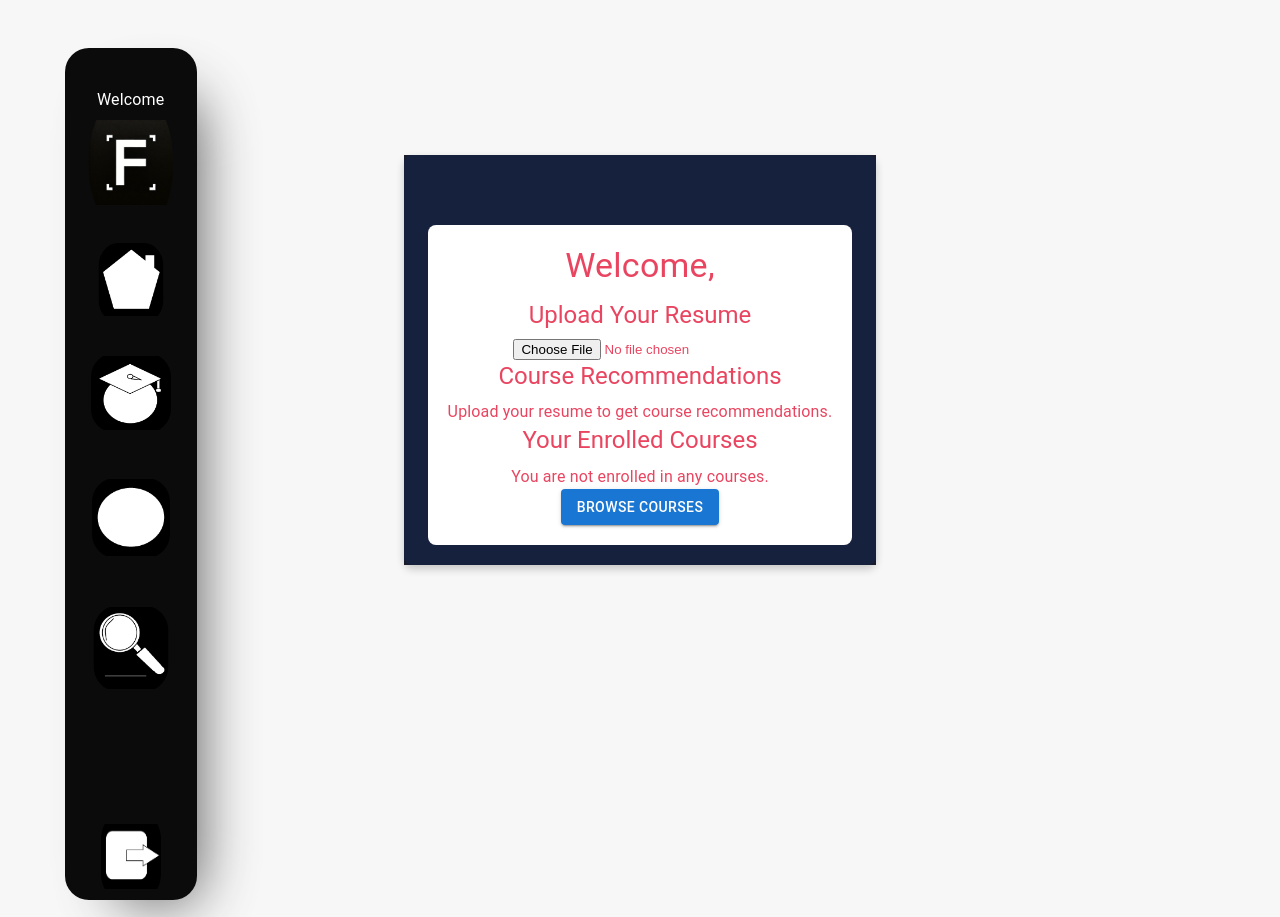
Repository: jvt2/OnlineCourseApp
Page: /dashboard
The author's editor kept a copy of each file at every save. The page is drawn from the files as they stood at one save, then again after the next save.
The browser window is 1280 px wide. The pictures show the whole page.
The page's requests for data from a server got no answer. The project was rebuilt for these pictures with package versions that can differ from the ones it lists, and the page was loaded fresh each time. No one was signed in, and anything a server would have sent is missing. Also part of the build but not shown: src/features/auth/Register.js, src/features/auth/Login.js, src/features/courses/ResumeUpload.js, src/features/courses/CourseRecommendations.js, src/components/common/MyModal.js, src/features/courses/CourseCatalog.js, src/features/courses/CourseDetail.js, src/components/common/Navbar.js and 3 more. Imported but missing from the stored project, and not drawn on this page: src/app/reportWebVitals.

Above is the page before, as saved 2024-07-15 11:40:32.

### src/index.js
import React from 'react';
import ReactDOM from 'react-dom/client';
import { Provider } from 'react-redux';
import store from './redux/store';
import './index.css';
import App from './app/App';
import reportWebVitals from './app/reportWebVitals';

const root = ReactDOM.createRoot(document.getElementById('root'));
root.render(
  <React.StrictMode>
    <App />
  </React.StrictMode>
);

// If you want to start measuring performance in your app, pass a function
// to log results (for example: reportWebVitals(console.log))
// or send to an analytics endpoint. Learn more: https://bit.ly/CRA-vitals
reportWebVitals();

### src/redux/store.js
// src/redux/store.js

import { configureStore } from '@reduxjs/toolkit';
import userReducer from './userReducer';

const store = configureStore({
  reducer: {
    user: userReducer,
  },
});

export default store;

### src/app/App.js
import { BrowserRouter as Router, Route, Routes } from 'react-router-dom';
import React, { useState } from 'react';
import logo from '../logo.svg';
import './App.css';
import Register from '../features/auth/Register';
import Login from '../features/auth/Login';
import CourseCatalog from '../features/courses/CourseCatalog';
import CourseDetail from '../features/courses/CourseDetail';
import UserDashboard from '../features/dashboard/Dashboard';
import Navbar from '../components/common/Navbar';
import { Provider } from 'react-redux';
import store from '../redux/store'; // import your Redux store here
import Logout from '../features/auth/Logout'; // Import the Logout component
import Chatbot from '../features/chatbot/Chatbot';
import CourseRecommendations from '../features/courses/CourseRecommendations';
import axios from 'axios';
import ResumeUpload from '../features/courses/ResumeUpload';
import LandingPage from '../components/common/LandingPage';

function App() {
  const [loggedIn, setLoggedIn] = useState(false);
  const [users, setUsers] = useState([]);
  const [currentUser, setCurrentUser] = useState(null);
  const [recommendations, setRecommendations] = useState([]);

  const handleResumeUpload = (newRecommendations) => {
    console.log('New Recommendations:', newRecommendations);
    setRecommendations(newRecommendations);
  };

  const [courses, setCourses] = useState([
    {id: 1, name: 'Course 1', description: 'This is course 1'},
    {id: 2, name: 'Course 2', description: 'This is course 2'}
  ]);

  const handleRegister = async (username, password) => {
    try {
      const response = await axios.post('http://localhost:3001/register', { username, password });
      alert(response.data.message);
      // Log in the new user if registration is successful
      handleLogin(username, password);
    } catch (error) {
      alert(error.response.data.message);
    }
  };

  const handleLogin = async (username, password) => {
    try {
      const response = await axios.post('http://localhost:3001/login', { username, password });
      localStorage.setItem('token', response.data.token);
      setLoggedIn(true);
      setCurrentUser({ username });
    } catch (error) {
      alert('Login failed. Please check your username and password.');
    }
  };

  const handleEnroll = async (course) => {
    try {
      const token = localStorage.getItem('token');
      await axios.post('http://localhost:3001/enroll', { courseId: course.id }, {
        headers: { 'Authorization': `Bearer ${token}` }
      });
      setEnrolledCourses([...enrolledCourses, course]);
    } catch (error) {
      console.error('Enrollment failed', error);
    }
  };

  const [enrolledCourses, setEnrolledCourses] = useState([]);
  const [isModalOpen, setIsModalOpen] = useState(false);

  const handleSelectRecommendation = (recommendation) => {
    const newCourse = {
      id: courses.length + 1,
      name: recommendation.text,
      description: 'This is a recommended course based on your resume.'
    };

    setCourses([...courses, newCourse]);
    setEnrolledCourses([...enrolledCourses, newCourse]);
    setIsModalOpen(false);
  };

  return (
    <Provider store={store}>
      <Router>
        <div className="App">
          <Routes>
            <Route path="/" element={<LandingPage />} />
            <Route path="/register" element={<Register />} />
            <Route path="/login" element={<Login />} />
            <Route path="/dashboard" element={<UserDashboard />} /> {/* Added this line */}
          </Routes>
        </div>
      </Router>
    </Provider>
  );
}

export default App;

### src/redux/userReducer.js
// src/redux/userReducer.js
// src/redux/userReducer.js
import { createSlice } from '@reduxjs/toolkit';

const initialState = {
  id: null,
  email: null,
  token: null,
};

const userSlice = createSlice({
  name: 'user',
  initialState,
  reducers: {
    logIn(state, action) {
      state.id = action.payload.id;
      state.email = action.payload.email;
      state.token = action.payload.token;
    },
    logOut(state) {
      state.id = null;
      state.email = null;
      state.token = null;
    },
  },
});

export const { logIn, logOut } = userSlice.actions;
export default userSlice.reducer;

### src/app/App.css
/* App.css */
:root {
  --primary-bg-color: #1E1E2F;
  --secondary-bg-color: #282840;
  --primary-text-color: #F5F5F5;
  --link-color: #61dafb;
  --accent-color: #FF6B6B;
  --navbar-height: 4rem;
  --content-padding: 20px;
  --border-radius: 8px;
  --transition-duration: 0.3s;
  --gradient-bg-color: linear-gradient(120deg, #84fab0 0%, #8fd3f4 100%);
}

.App {
  text-align: center;
  font-family: 'Arial', sans-serif;
  background-color: var(--primary-bg-color);
}

.App-logo {
  height: 40vmin;
  pointer-events: none;
  filter: drop-shadow(0 0 10px var(--accent-color));
}

.App-header {
  background-color: var(--secondary-bg-color);
  min-height: 100vh;
  display: flex;
  flex-direction: column;
  align-items: center;
  justify-content: center;
  font-size: calc(10px + 2vmin);
  color: var(--primary-text-color);
  border-bottom-left-radius: var(--border-radius);
  border-bottom-right-radius: var(--border-radius);
}

.App-link {
  color: var(--link-color);
  transition: color var(--transition-duration);
}

.App-link:hover {
  color: var(--accent-color);
}

@media (prefers-reduced-motion: no-preference) {
  .App-logo {
    animation: App-logo-spin infinite 20s linear;
  }
}

@keyframes App-logo-spin {
  from {
    transform: rotate(0deg);
  }
  to {
    transform: rotate(360deg);
  }
}

.site-navbar {
  display: flex;
  align-items: center;
  background: var(--gradient-bg-color);
  padding: 10px 20px;
  height: var(--navbar-height);
  font-weight: 500;
  box-shadow: 0 4px 6px rgba(0, 0, 0, 0.1);
}

.navbar-nav {
  display: flex;
  align-items: center;
  list-style: none;
  margin: 0;
  padding: 0;
  flex-grow: 1;
  justify-content: center;
}

.nav-item {
  display: flex;
  align-items: center;
  justify-content: center;
  text-decoration: none;
  color: var(--primary-text-color);
  padding: 15px 25px;
  transition: all 0.3s ease-in-out;
  border-radius: var(--border-radius);
  position: relative;
}

.nav-item:before {
  content: '';
  position: absolute;
  top: 0;
  left: 0;
  width: 0;
  height: 100%;
  background: var(--accent-color);
  border-radius: var(--border-radius);
  transition: width 0.3s ease-in-out;
  z-index: -1;
}

.nav-item:hover:before {
  width: 100%;
}

.nav-item:hover {
  color: var(--secondary-bg-color);
  box-shadow: 0 4px 8px rgba(0, 0, 0, 0.2);
  text-decoration: none;
}

.navbar-brand {
  margin-right: auto;
  color: var(--primary-text-color);
  font-size: 1.5em;
  font-weight: bold;
}

.App-content {
  padding: var(--content-padding);
  color: var(--primary-text-color);
}

.App-footer {
  text-align: center;
  padding: var(--content-padding);
  background-color: var(--secondary-bg-color);
  color: var(--primary-text-color);
  box-shadow: 0 -4px 6px rgba(0, 0, 0, 0.1);
}

.course-recommendations {
  width: 80%;
  margin: auto;
  background: #f9f9f9;
  padding: 20px;
  border-radius: 5px;
  box-shadow: 0px 0px 10px rgba(0, 0, 0, 0.1);
}

.course-recommendations h2 {
  text-align: center;
  color: #333;
}

.course-recommendations .course {
  padding: 10px 0;
  border-bottom: 1px solid #eee;
}

.course-recommendations .course:last-child {
  border-bottom: none;
}

.course-recommendations .course button {
  margin-left: 10px;
}

body {
  background-color: #1a1a2e;
  color: #e94560;
}

.MuiContainer-root {
  background-color: #16213e;
  border-radius: 8px;
  padding: 20px;
  box-shadow: 0 4px 8px rgba(0, 0, 0, 0.2);
}

.customTextField .MuiInputBase-input {
  color: #fff;
  background-color: rgba(255, 255, 255, 0.1);
}

.customTextField .MuiInputLabel-root {
  color: rgba(255, 255, 255, 0.7);
}

.customTextField .MuiInputLabel-root.Mui-focused {
  color: #fff;
}

.customTextField .MuiOutlinedInput-root {
  &.Mui-focused .MuiOutlinedInput-notchedOutline {
    border-color: #fff;
  }
  & .MuiOutlinedInput-notchedOutline {
    border-color: rgba(255, 255, 255, 0.5);
  }
}

### src/features/dashboard/Dashboard.js
// src/features/dashboard/Dashboard.js
import React, { useEffect, useState } from 'react';
import axios from 'axios';
import { useSelector } from 'react-redux';
import { Container, Typography, Button, Box, List, ListItem, ListItemText } from '@mui/material';
import { useNavigate } from 'react-router-dom';
import './Dashboard.css'; // Correct import for CSS

function Dashboard() {
  const [enrolledCourses, setEnrolledCourses] = useState([]);
  const [recommendations, setRecommendations] = useState([]);
  const token = useSelector(state => state.user.token);
  const userId = useSelector(state => state.user.id);
  const userEmail = useSelector(state => state.user.email);
  const navigate = useNavigate();

  useEffect(() => {
    const fetchEnrolledCourses = async () => {
      try {
        const response = await axios.get(`http://localhost:3001/user/${userId}/courses`, {
          headers: { Authorization: `Bearer ${token}` }
        });
        setEnrolledCourses(response.data);
      } catch (error) {
        console.error('Error fetching enrolled courses:', error);
      }
    };

    const fetchRecommendations = async () => {
      try {
        const response = await axios.get(`http://localhost:3001/user/${userId}/recommendations`, {
          headers: { Authorization: `Bearer ${token}` }
        });
        setRecommendations(response.data);
      } catch (error) {
        console.error('Error fetching recommendations:', error);
      }
    };

    fetchEnrolledCourses();
    fetchRecommendations();
  }, [userId, token]);

  const handleResumeUpload = async (event) => {
    const formData = new FormData();
    formData.append('resume', event.target.files[0]);

    try {
      const response = await axios.post('http://localhost:3001/uploadResume', formData, {
        headers: {
          'Content-Type': 'multipart/form-data',
          Authorization: `Bearer ${token}`,
        },
      });
      setRecommendations(response.data.recommendations);
    } catch (error) {
      console.error('Error uploading resume:', error);
    }
  };

  return (
    <Container component="main" maxWidth="md">
      <Box className="sidebar">
        <div className="sidebar-blur"></div>
        <div className="sidebar-main">
          <Typography className="sidebar-logo">Welcome</Typography>
          <div className="sidebar-icon icon-home"></div>
          <div className="sidebar-icon icon-graduation"></div>
          <div className="sidebar-icon icon-user"></div>
          <div className="sidebar-icon icon-message"></div>
          <div className="sidebar-icon icon-settings"></div>
          <div className="sidebar-icon icon-logout"></div>
        </div>
      </Box>
      <Box className="dashboard-container">
        <Typography className="dashboard-header" variant="h4" gutterBottom>
          Welcome, {userEmail}
        </Typography>
        <Box className="upload-container">
          <Typography variant="h5" gutterBottom>
            Upload Your Resume
          </Typography>
          <input type="file" onChange={handleResumeUpload} accept=".pdf,.doc,.docx,.txt" />
        </Box>
        <Box className="recommendations-container">
          <Typography variant="h5" gutterBottom>
            Course Recommendations
          </Typography>
          {recommendations.length > 0 ? (
            <List>
              {recommendations.map((rec, index) => (
                <ListItem key={index}>
                  <ListItemText primary={rec.title} secondary={rec.description} />
                </ListItem>
              ))}
            </List>
          ) : (
            <Typography variant="body1">Upload your resume to get course recommendations.</Typography>
          )}
        </Box>
        <Box className="enrolled-courses-container">
          <Typography variant="h5" gutterBottom>
            Your Enrolled Courses
          </Typography>
          {enrolledCourses.length > 0 ? (
            <List>
              {enrolledCourses.map(course => (
                <ListItem key={course.id}>
                  <ListItemText primary={course.name} />
                </ListItem>
              ))}
            </List>
          ) : (
            <Typography variant="body1">You are not enrolled in any courses.</Typography>
          )}
        </Box>
        <Box className="button-container">
          <Button variant="contained" color="primary" onClick={() => navigate('/courses')}>
            Browse Courses
          </Button>
        </Box>
      </Box>
    </Container>


  );
}

export default Dashboard;

### src/features/auth/Logout.js
// Logout.js
import { useEffect } from 'react';
import { useDispatch } from 'react-redux';
import { useNavigate } from 'react-router-dom';
import { logOut } from '../../redux/reducers/userslice'; // Import the logOut action

function Logout() {
  const navigate = useNavigate();
  const dispatch = useDispatch();

  useEffect(() => {
    localStorage.removeItem('token'); // Remove the token from local storage
    dispatch(logOut()); // Dispatch the logOut action
    navigate('/login'); // Navigate to the login page
  }, [dispatch, navigate]);

  return null;
}

export default Logout;

### src/components/common/LandingPage.css
body {
    display: flex;
    justify-content: center;
    align-items: center;
    height: 100vh;
    background-color: #f7f7f7;
    margin: 0;
    font-family: 'Roboto', sans-serif;
  }

  .sign-in-container {
    display: flex;
    justify-content: center;
    align-items: center;
    height: 100%;
    width: 100%;
  }

  .sign-in-form {
    background-color: white;
    padding: 60px;
    border-radius: 10px;
    box-shadow: 0 4px 8px rgba(0, 0, 0, 0.1);
    text-align: center;
    max-width: 600px;
    width: 90%;
  }

  .logo {
    width: 200px;
    height: 200px;
    margin-bottom: 30px;
    background-color: white;
    border-radius: 10px;
  }

  h1 {
    margin: 0;
    font-size: 32px;
    font-weight: 700;
  }

  .subtitle {
    margin: 10px 0;
    color: #555;
    font-size: 18px;
  }

  .google-sign-in {
    background-color: #ffffff;
    color: #000;
    border: 1px solid #ccc;
    padding: 15px;
    width: 100%;
    border-radius: 5px;
    margin-bottom: 30px;
    display: flex;
    justify-content: center;
    align-items: center;
    cursor: pointer;
    font-size: 18px;
    font-weight: 500;
    transition: background-color 0.3s;
  }

  .google-sign-in:hover {
    background-color: #f0f0f0;
  }

  .google-logo {
    width: 25px;
    margin-right: 10px;
  }

  .separator {
    display: flex;
    align-items: center;
    text-align: center;
    margin: 30px 0;
    color: #aaa;
    font-size: 18px;
  }

  .separator::before,
  .separator::after {
    content: '';
    flex: 1;
    border-bottom: 1px solid #ccc;
  }

  .separator:not(:empty)::before {
    margin-right: .5em;
  }

  .separator:not(:empty)::after {
    margin-left: .5em;
  }

  .email-input,
  .password-input {
    width: 100%;
    padding: 15px;
    margin-bottom: 30px;
    border: 1px solid #ccc;
    border-radius: 5px;
    font-size: 18px;
    transition: border-color 0.3s;
  }

  .email-input:focus,
  .password-input:focus {
    border-color: #007bff;
    outline: none;
  }

  .continue-button {
    background-color: #9b51e0;
    color: white;
    border: none;
    padding: 15px;
    width: 100%;
    border-radius: 5px;
    font-size: 18px;
    font-weight: 500;
    cursor: pointer;
    transition: background-color 0.3s;
    margin-bottom: 10px; /* Add margin to separate the buttons */
  }

  .continue-button:hover {
    background-color: #7a3bc0;
  }

  .email-error {
    color: red;
    margin-top: 10px;
    font-size: 14px;
  }


  .back-button {
    background-color: #ccc;
    color: white;
    border: none;
    padding: 15px;
    width: 100%;
    border-radius: 5px;
    font-size: 18px;
    font-weight: 500;
    cursor: pointer;
    transition: background-color 0.3s;
    margin-bottom: 10px; /* Add margin to separate the buttons */
  }

  .back-button:hover {
    background-color: #aaa;
  }

  .sign-up-link {
    margin-top: 30px;
    color: #aaa;
    font-size: 18px;
  }

  .sign-up-link a {
    color: #9b51e0;
    text-decoration: none;
  }

  .sign-up-link a:hover {
    text-decoration: underline;
  }

### src/features/dashboard/Dashboard.css
/* Dashboard CSS */

/* General styles for the dashboard */
.dashboard-container {
    background: #FFFFFF;
    padding: 20px;
    border-radius: 8px;
    margin-top: 50px;
    text-align: center;
  }

  /* Sidebar styles */
  .sidebar {
    position: absolute;
    width: 132px;
    height: 853.12px;
    left: 32.34px;
    top: 24.02px;
    display: flex;
    flex-direction: column;
    align-items: center;
    justify-content: space-around; /* Evenly distribute space around the items */
    padding: 20px 0;
  }

  .sidebar-blur {
    position: absolute;
    width: 81.01px;
    height: 804px;
    left: 83.32px;
    top: 73.14px;
    background: #0C0B0B;
    opacity: 0.7;
    filter: blur(30px);
    border-radius: 24px;
  }

  .sidebar-main {
    position: absolute;
    width: 132px;
    height: 852px;
    left: 32.34px;
    top: 24.02px;
    background: #0C0B0B;
    border-radius: 24px;
  }

  .sidebar-logo {
    position: absolute;
    width: 85px;
    height: 150px;
    left: 74.46px;
    top: 39.67px;
    font-family: 'Baloo Bhai';
    font-style: normal;
    -webkit-text-fill-color: #FFFFFF;
    font-weight: 400;
    font-size: 64px;
    line-height: 102px;
    background-image: url('/public/assets/Designer.png');
    background-size: contain;
    background-position: center;
    background-repeat: no-repeat;
    border-radius: 70%;
    position: absolute;
    left: 50%;
    transform: translateX(-50%);
    margin-bottom: 40px; /* Adjust as needed */
  }

  .sidebar-icon {
    position: absolute;
    width: 26px;
    height: 26px;
    left: 85.15px;
    margin-bottom: 30px; /* Adjust as needed */
  }

  .sidebar-icon.icon-home {
    width: 65px;
    height: 80px;
    background-image: url('/public/assets/home_I.png');
    border-radius: 30%;
    position: absolute;
    left: 50%;
    transform: translateX(-50%);
    background-size: contain;
    background-repeat: no-repeat;
    top:22.84%;
  }

  .icon-graduation {
    top: 35.84%;
    width: 80px;
    height: 80px;
    background-position: center;
    background-image: url('/public/assets/enroll.png');
    border-radius: 30%;
    position: absolute;
    left: 50%;
    transform: translateX(-50%);
    background-size: contain;
    background-repeat: no-repeat;
  }

  .icon-user {
    top: 50.46%;
    width: 78px;
    height: 80px;
    background-position: center;
    background-position: center;
    background-image: url('/public/assets/user.png');
    border-radius: 30%;
    position: absolute;
    left: 50%;
    transform: translateX(-50%);
    background-size: contain;
    background-repeat: no-repeat;

  }

  .icon-message {
    top: 65.44%;
    width: 75px;
    height: 85px;
    background-position: center;
    background-image: url('/public/assets/search.png');
    border-radius: 30%;
    position: absolute;
    left: 50%;
    transform: translateX(-50%);
    background-size: contain;
    background-repeat: no-repeat;

  }

  .icon-settings {
    top: 62.11%;
  }

  .icon-logout {
    top: 89.95%;
    background-position: center;
    width: 60px;
    height: 85px;
    background-position: center;
    background-image: url('/public/assets/logout.png');
    border-radius: 30%;
    position: absolute;
    left: 50%;
    transform: translateX(-50%);
    background-size: contain;
    background-repeat: no-repeat;
  }

  .icon-background {
    background: #FFFFFF;
    background-position: center;
  }

### src/redux/reducers/userslice.js
import { createSlice } from '@reduxjs/toolkit';

const userSlice = createSlice({
  name: 'user',
  initialState: { name: '', loggedIn: false },
  reducers: {
    logIn: (state, action) => {
      state.name = action.payload.name;
      state.loggedIn = true;
    },
    logOut: (state) => {
      state.name = '';
      state.loggedIn = false;
    }
  }
});

export const { logIn, logOut } = userSlice.actions;
export default userSlice.reducer;

Loaded but not shown: public/index.html (common file); src/index.css (common file)

After the next save:
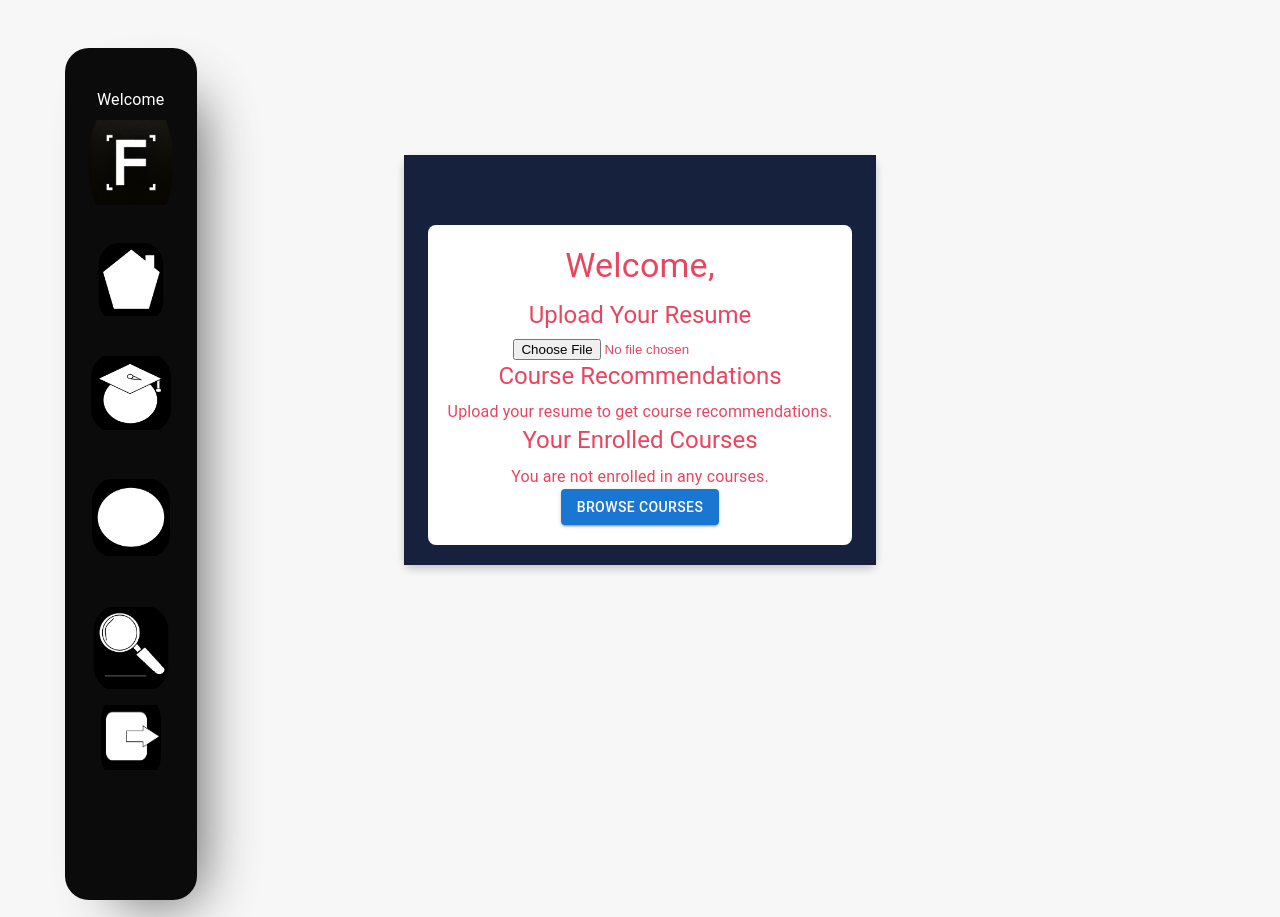
Saved 7 s later.
--- a/src/features/dashboard/Dashboard.css
+++ b/src/features/dashboard/Dashboard.css
@@ -139,7 +139,7 @@
   }
 
   .icon-logout {
-    top: 89.95%;
+    top: 75.95%;
     background-position: center;
     width: 60px;
     height: 85px;
